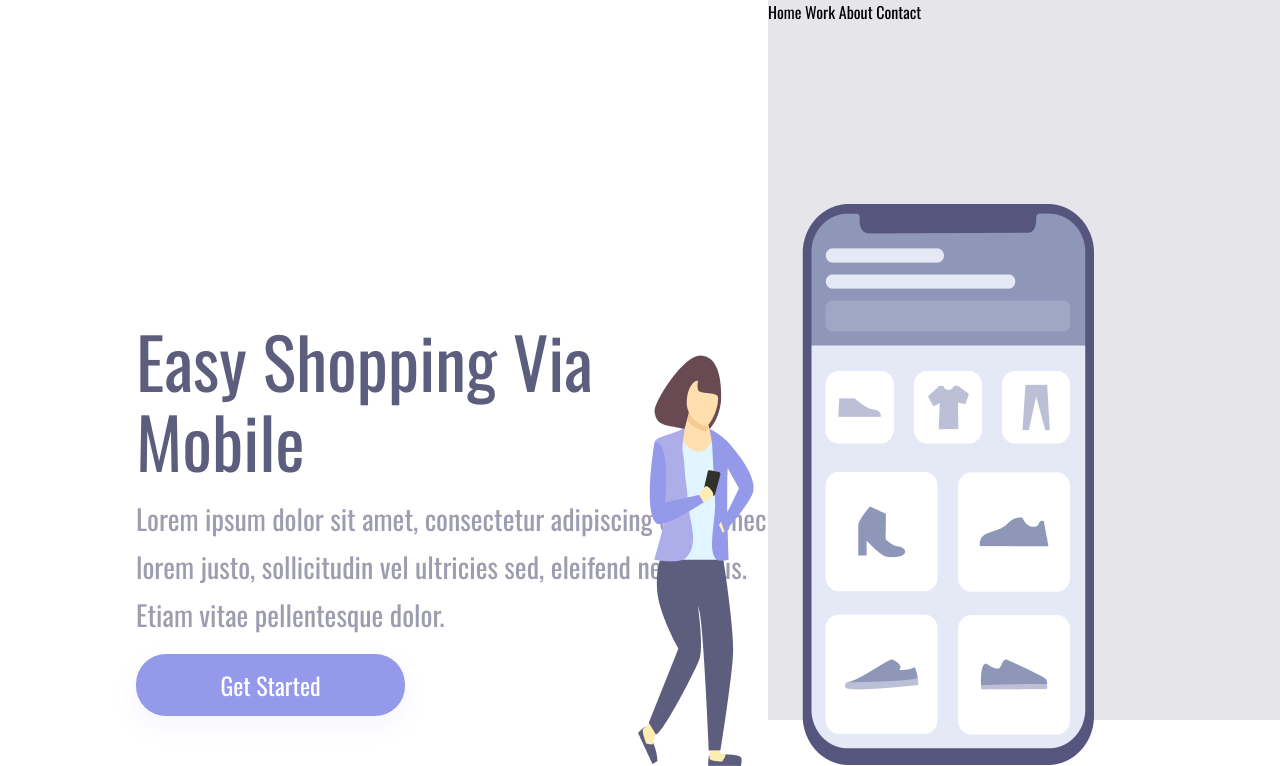
Repository: Leo-Marques-882/Projeto-Git-2
Page: index.html
The author's editor kept a copy of each file at every save. The page is drawn from the files as they stood at one save, then again after the next save.
The browser window is 1280 px wide. The pictures show the whole page.

Above is the page before, as saved 2023-03-06 23:53:47.

After the next save:
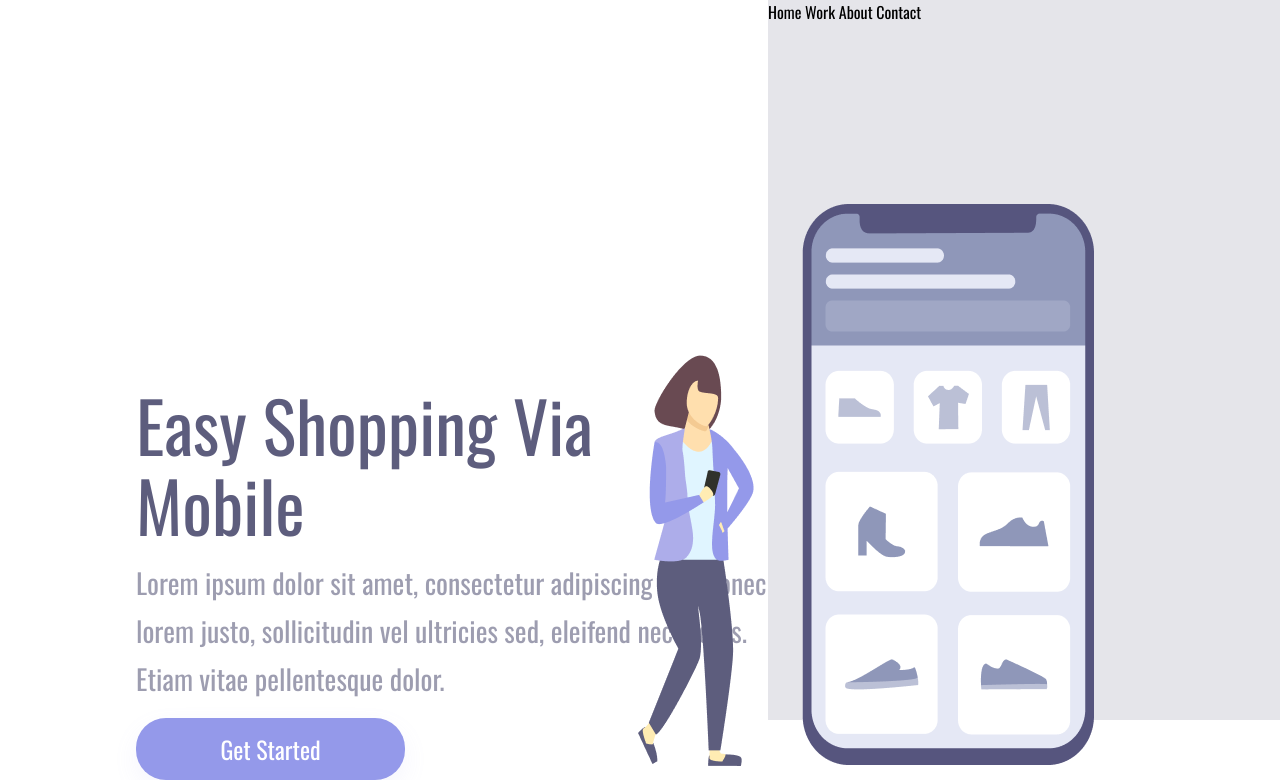
Saved 28 s later.
--- a/styless.css
+++ b/styless.css
@@ -14,7 +14,7 @@
 .container-left {
     display: inline-block;
     width: 60%;
-    margin-top: 25%;
+    margin-top: 30%;
     padding-left: 136px;
 }
 
